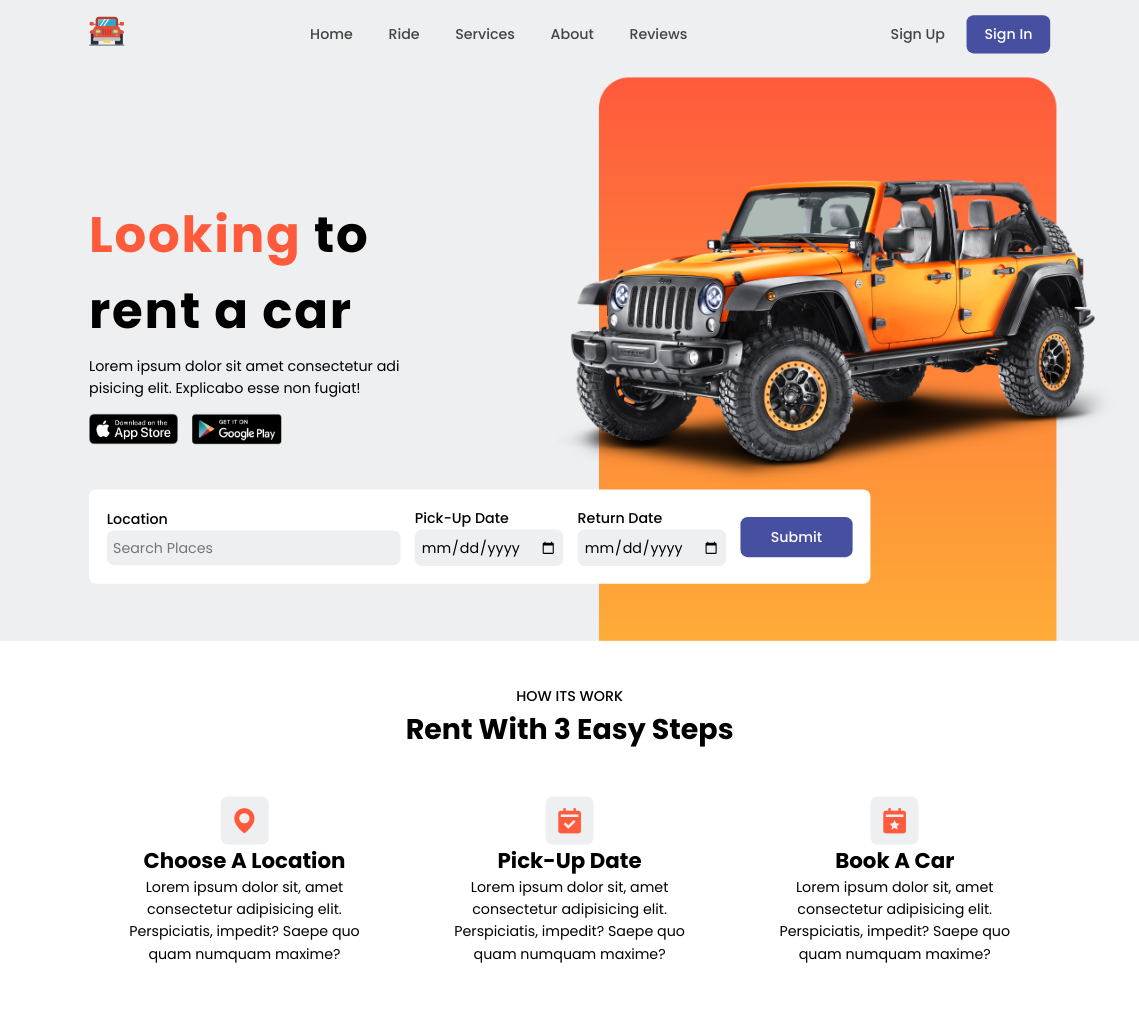
Repository: douglasabnovato/car-rental
Page: index.html
An editor plug-in stored every save of this project. The page is shown before and after the next save, followed by the edit.
The browser window is 1280 px wide. The pictures show the whole page, at 89% of full size.

Above is the page before, as saved 2025-05-16 14:46:33.

### index.html
<!DOCTYPE html>
<html lang="en">
  <head>
    <meta charset="UTF-8" />
    <meta name="viewport" content="width=device-width, initial-scale=1.0" />
    <title>Car Rental</title>
    <link
      rel="stylesheet"
      href="https://cdn.jsdelivr.net/npm/boxicons@latest/css/boxicons.min.css"
    />
    <link rel="stylesheet" href="./style.css" />
  </head>
  <body>
    <!-- Header -->
    <header>
      <a href="#" class="logo"
        ><img src="./assets/jeep.png" alt="logo da car rental" srcset=""
      /></a>
      <div class="bx bx-menu" id="menu-icon"></div>
      <ul class="navbar">
        <li><a href="#home">Home</a></li>
        <li><a href="#ride">Ride</a></li>
        <li><a href="#services">Services</a></li>
        <li><a href="#about">About</a></li>
        <li><a href="#reviews">Reviews</a></li>
      </ul>
      <div class="header-btn">
        <a href="#" class="sign-up">Sign Up</a>
        <a href="#" class="sign-in">Sign In</a>
      </div>
    </header>

    <!-- Home -->
    <section class="home" id="home">
      <div class="text">
        <h1>
          <span>Looking</span> to <br />
          rent a car
        </h1>
        <p>
          Lorem ipsum dolor sit amet consectetur adi <br />
          pisicing elit. Explicabo esse non fugiat!
        </p>
        <div class="app-stores">
          <img src="./assets/ios.png" alt="" />
          <img src="./assets/play.png" alt="" />
        </div>
      </div>
      <div class="form-container">
        <form action="">
          <div class="input-box">
            <span>Location</span>
            <input type="search" name="" id="" placeholder="Search Places" />
          </div>
          <div class="input-box">
            <span>Pick-Up Date</span>
            <input type="date" name="" id="" />
          </div>
          <div class="input-box">
            <span>Return Date</span>
            <input type="date" name="" id="" />
          </div>
          <input type="submit" name="" id="" class="btn" />
        </form>
      </div>
    </section>

    <!-- Ride -->
    <section class="ride" id="ride">
      <div class="heading">
        <span>How Its Work</span>
        <h1>Rent With 3 Easy Steps</h1>
      </div>
      <div class="ride-container">
        <div class="box">
          <i class="bx bxs-map"></i>
          <h2>Choose A Location</h2>
          <p>
            Lorem ipsum dolor sit, amet consectetur adipisicing elit.
            Perspiciatis, impedit? Saepe quo quam numquam maxime?
          </p>
        </div>
        <div class="box">
          <i class="bx bxs-calendar-check"></i>
          <h2>Pick-Up Date</h2>
          <p>
            Lorem ipsum dolor sit, amet consectetur adipisicing elit.
            Perspiciatis, impedit? Saepe quo quam numquam maxime?
          </p>
        </div>
        <div class="box">
          <i class="bx bxs-calendar-star"></i>
          <h2>Book A Car</h2>
          <p>
            Lorem ipsum dolor sit, amet consectetur adipisicing elit.
            Perspiciatis, impedit? Saepe quo quam numquam maxime?
          </p>
        </div>
      </div>
    </section>

    <!-- Link to JS -->
    <script src="./script.js"></script>
  </body>
</html>

### style.css
@import url("https://fonts.googleapis.com/css2?family=Noto+Sans:ital,wght@0,100..900;1,100..900&family=Poppins:ital,wght@0,100;0,200;0,300;0,400;0,500;0,600;0,700;0,800;0,900;1,100;1,200;1,300;1,400;1,500;1,600;1,700;1,800;1,900&display=swap");

* {
  margin: 0;
  padding: 0;
  box-sizing: border-box;
  scroll-padding-top: 2rem;
  scroll-behavior: smooth;
  list-style: none;
  text-decoration: none;
  font-family: "Poppins", sans-serif;
}

:root {
  --main-color: #fe5b3d;
  --second-color: #ffac38;
  --text-color: #444;
  --gradient: linear-gradient(#fe5b3d, #ffac38);
}

html::-webkit-scrollbar {
  width: 0.5rem;
}

html::-webkit-scrollbar-track {
  background: transparent;
}

html::-webkit-scrollbar-thumb {
  background: var(--main-color);
  border-radius: 5rem;
}

section {
  padding: 50px 100px;
}

/* Header */

header {
  position: fixed;
  width: 100%;
  top: 0;
  right: 0;
  z-index: 1000;
  display: flex;
  align-items: center;
  justify-content: space-between;
  background: #eeeff1;
  padding: 15px 100px;
}

.logo img {
  width: 40px;
}

.navbar {
  display: flex;
}

.navbar li {
  position: relative;
}

.navbar a {
  font-size: 1rem;
  padding: 10px 20px;
  color: var(--text-color);
  font-weight: 500;
}

.navbar a:after {
  content: "";
  width: 0;
  height: 3px;
  background: var(--gradient);
  position: absolute;
  bottom: -4px;
  left: 0;
  transition: 0.5s;
}

.navbar a:hover::after {
  width: 100%;
}

#menu-icon {
  font-size: 24px;
  cursor: pointer;
  z-index: 10001;
  display: none;
}

.header-btn a {
  padding: 10px 20px;
  color: var(--text-color);
  font-weight: 500;
}

.header-btn .sign-in {
  background: #474fa0;
  color: #fff;
  border-radius: 0.5rem;
}

.header-btn .sign-in:hover {
  background: var(--main-color);
}

/* Home */
.home {
  width: 100%;
  min-height: 100vh;
  position: relative;
  background: url(./assets/Car\ Website\ –\ 1@2x.png);
  background-repeat: no-repeat;
  background-position: center right;
  background-size: cover;
  display: grid;
  align-items: center;
  grid-template-columns: repeat(2, 1fr);
}

.text h1 {
  font-size: 3.5rem;
  letter-spacing: 2px;
}

.text span {
  color: var(--main-color);
}

.text p {
  margin: 0.5rem 0 1rem;
}

.app-stores {
  display: flex;
}

.app-stores img {
  width: 100px;
  margin-right: 1rem;
  cursor: pointer;
}

.form-container form {
  display: flex;
  flex-wrap: wrap;
  align-items: center;
  gap: 1rem;
  position: absolute;
  bottom: 4rem;
  left: 100px;
  background: #fff;
  padding: 20px;
  border-radius: 0.5rem;
}

.input-box {
  flex: 1 1 7rem;
  display: flex;
  flex-direction: column;
}

.input-box span {
  font-weight: 500;
}

.input-box input {
  padding: 7px;
  outline: none;
  border: none;
  background: #eeeff1;
  border-radius: 0.5rem;
  font-size: 1rem;
}

.form-container form .btn {
  flex: 1 1 7rem;
  padding: 10px 34px;
  border: none;
  border-radius: 0.5rem;
  background: #474fa0;
  color: #fff;
  font-size: 1rem;
  font-weight: 500;
}

.form-container form .btn:hover {
  background: var(--main-color);
  cursor: pointer;
}

/* Ride */
.heading {
  text-align: center;
}

.heading span {
  font-weight: 500;
  text-transform: uppercase;
}

.heading h1 {
  font-size: 2rem;
}

.ride-container {
  display: grid;
  align-items: center;
  grid-template-columns: repeat(auto-fit, minmax(250px, auto));
  gap: 1rem;
  margin-top: 2rem;
}

.ride-container .box {
  text-align: center;
  padding: 20px;
}

.ride-container .box .bx {
  font-size: 34px;
  padding: 10px;
  background: #eeeff1;
  border-radius: 0.5rem;
  color: var(--main-color);
}

Loaded but not shown: script.js (no stored copy; drawn as an empty file)

After the next save:
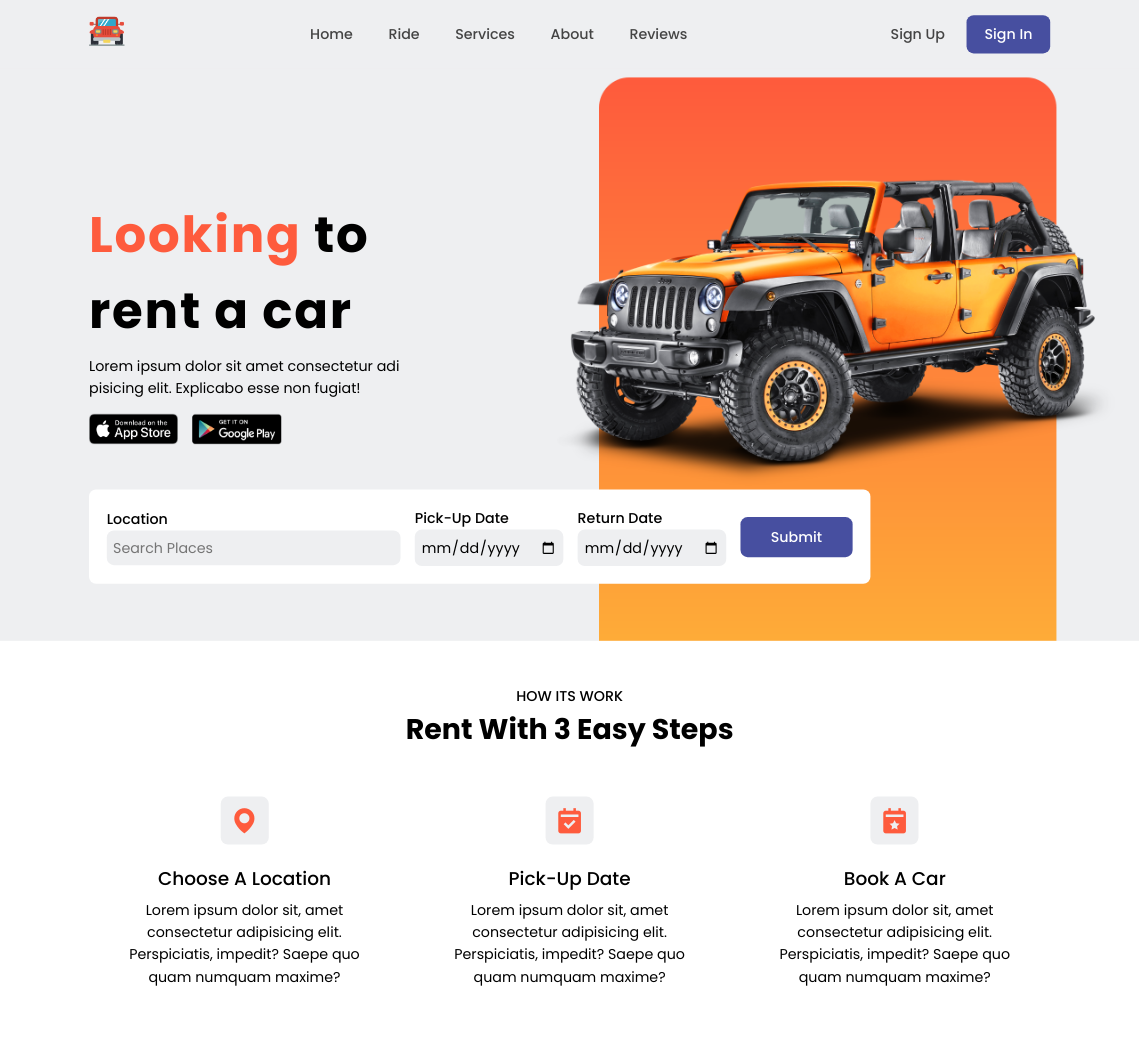
Saved 3 min 35 s later.
--- a/style.css
+++ b/style.css
@@ -226,3 +226,9 @@ header {
   border-radius: 0.5rem;
   color: var(--main-color);
 }
+
+.ride-container .box h2 {
+    font-size: 1.3rem;
+    font-weight: 500;
+    margin: 1.4rem 0 0.5rem;
+}
